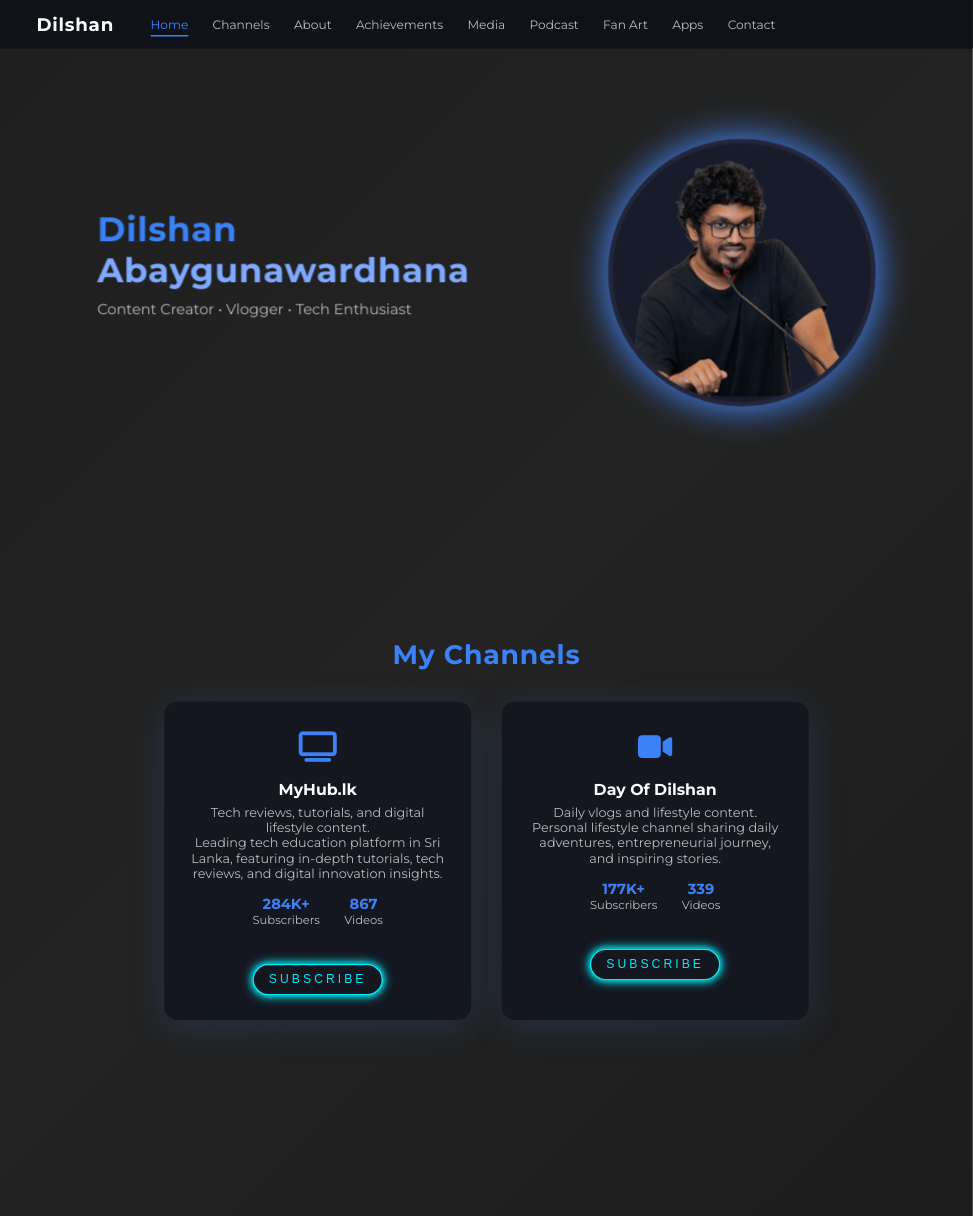
Repository: notyourclose/https-github.com-notyourclose-dilshan-abeygunawardana5
Page: index.html
These files come from the project's save history. The page is drawn as it stood at one moment and after the next save; the edit follows.
The browser window is 1280 px wide. The pictures show the whole page, at 76% of full size.

Above is the page before, as saved 2025-05-14 15:26:47.

### index.html
<!DOCTYPE html>
<html lang="en">
<head>
    <meta charset="UTF-8">
    <meta name="viewport" content="width=device-width, initial-scale=1.0">
    <title>Dilshan Abeygunawardana | Portfolio</title>
    <link href="https://fonts.googleapis.com/css2?family=Montserrat:wght@700;400&display=swap" rel="stylesheet">
    <style>
        html {
            scroll-behavior: smooth;
        }
        body {
            font-family: 'Montserrat', Arial, sans-serif;
            margin: 0;
            padding: 0;
            min-height: 100vh;
            color: #fff;
            /* Restore animated gradient background */
            background: linear-gradient(-45deg, #111111, #232323, #181818, #222222);
            background-size: 400% 400%;
            animation: gradientBG 12s ease-in-out infinite;
        }
        @keyframes gradientBG {
            0% {background-position: 0% 50%;}
            50% {background-position: 100% 50%;}
            100% {background-position: 0% 50%;}
        }
        .navbar {
            width: 100%;
            background: rgba(17,19,26,0.98);
            display: flex;
            align-items: center;
            padding: 0 48px;
            height: 64px;
            box-sizing: border-box;
            position: fixed;
            top: 0;
            left: 0;
            z-index: 100;
        }
        .navbar .logo {
            font-weight: 700;
            font-size: 1.5rem;
            color: #fff;
            margin-right: 48px;
            letter-spacing: 1px;
        }
        .navbar nav {
            display: flex;
            gap: 32px;
        }
        .navbar nav a {
            color: #bbb;
            text-decoration: none;
            font-size: 1rem;
            font-weight: 500;
            transition: color 0.2s;
            position: relative;
        }
        .navbar nav a.active,
        .navbar nav a:hover {
            color: #3b82f6;
        }
        .navbar nav a.active::after {
            content: '';
            display: block;
            width: 100%;
            height: 2px;
            background: #3b82f6;
            border-radius: 2px;
            position: absolute;
            bottom: -6px;
            left: 0;
        }
        .main-section {
            display: flex;
            align-items: center;
            justify-content: space-between;
            min-height: 100vh;
            padding: 0 10vw;
            box-sizing: border-box;
            position: relative;
            z-index: 1;
        }
        .left-content {
            flex: 1;
            display: flex;
            flex-direction: column;
            justify-content: center;
            z-index: 2;
            animation: fadeInLeft 1.2s cubic-bezier(.77,0,.18,1) 0.2s both;
        }
        .main-title {
            font-size: 2.8rem;
            font-weight: 700;
            margin: 0 0 12px 0;
            color: #3b82f6;
            letter-spacing: 1px;
            opacity: 0;
            animation: fadeInTitle 1.5s 0.5s forwards;
        }
        .main-title span {
            display: block;
            color: #7faaff;
        }
        .roles {
            font-size: 1.2rem;
            color: #bbb;
            margin-bottom: 24px;
            font-weight: 400;
            min-height: 28px;
            white-space: pre;
        }
        .right-content {
            flex: 1;
            display: flex;
            justify-content: flex-end;
            align-items: center;
            z-index: 2;
            animation: fadeInRight 1.2s cubic-bezier(.77,0,.18,1) 0.4s both;
        }
        .profile-img {
            width: 340px;
            height: 340px;
            object-fit: cover;
            border-radius: 50%;
            background: #181c2a;
            border: 6px solid #23263a;
            box-shadow: 0 0 40px 0 #3b82f6, 0 8px 40px 0 rgba(59,130,246,0.12);
            animation: float 3s ease-in-out infinite, glow 2.5s ease-in-out infinite alternate;
        }
        @keyframes fadeInLeft {
            from { opacity: 0; transform: translateX(-60px); }
            to { opacity: 1; transform: translateX(0); }
        }
        @keyframes fadeInRight {
            from { opacity: 0; transform: translateX(60px); }
            to { opacity: 1; transform: translateX(0); }
        }
        @keyframes fadeInTitle {
            from { opacity: 0; transform: translateY(-30px); }
            to { opacity: 1; transform: translateY(0); }
        }
        @keyframes float {
            0%, 100% { transform: translateY(0); }
            50% { transform: translateY(-18px); }
        }
        @keyframes glow {
            0% { box-shadow: 0 0 40px 0 #3b82f6, 0 8px 40px 0 rgba(59,130,246,0.12); }
            100% { box-shadow: 0 0 80px 10px #7faaff, 0 8px 40px 0 rgba(59,130,246,0.12); }
        }
        /* Channels Section */
        .channels-section {
            display: flex;
            flex-direction: column;
            align-items: center;
            justify-content: flex-start;
            min-height: 100vh;
            padding: 120px 0 40px 0;
        }
        .channels-title {
            font-size: 2.2rem;
            font-weight: 700;
            color: #3b82f6;
            margin-bottom: 40px;
            letter-spacing: 1px;
            opacity: 0;
            transform: translateY(40px);
            transition: opacity 0.8s, transform 0.8s;
        }
        .channels-title.visible {
            opacity: 1;
            transform: translateY(0);
        }
        .channels-cards {
            display: flex;
            gap: 40px;
            flex-wrap: wrap;
            justify-content: center;
        }
        .channel-card {
            background: rgba(20, 22, 32, 0.98);
            border-radius: 18px;
            box-shadow: 0 4px 32px 0 rgba(59,130,246,0.10);
            padding: 36px 32px 32px 32px;
            width: 340px;
            display: flex;
            flex-direction: column;
            align-items: center;
            transition: transform 0.4s, box-shadow 0.4s, opacity 0.8s;
            position: relative;
            opacity: 0;
            transform: translateY(60px);
            border: none;
            background-clip: padding-box;
        }
        .channel-card.visible {
            opacity: 1;
            transform: translateY(0);
            box-shadow: 0 8px 48px 0 rgba(59,130,246,0.18);
        }
        .channel-card::before {
            display: none;
        }
        .channel-card > * { position: relative; z-index: 1; }
        .channel-card.clicked {
            box-shadow: 0 8px 48px 0 rgba(59,130,246,0.18);
            transform: scale(1.03);
            transition: transform 0.2s cubic-bezier(.77,0,.18,1), box-shadow 0.2s cubic-bezier(.77,0,.18,1);
        }
        .channel-icon {
            font-size: 2.5rem;
            margin-bottom: 18px;
            color: #3b82f6;
        }
        .channel-title {
            font-size: 1.3rem;
            font-weight: 700;
            margin-bottom: 8px;
            color: #fff;
        }
        .channel-desc {
            font-size: 1.05rem;
            color: #bbb;
            margin-bottom: 18px;
            text-align: center;
        }
        .channel-stats {
            display: flex;
            gap: 32px;
            margin-bottom: 8px;
        }
        .stat {
            display: flex;
            flex-direction: column;
            align-items: center;
        }
        .stat-value {
            font-size: 1.2rem;
            font-weight: 700;
            color: #3b82f6;
        }
        .stat-label {
            font-size: 0.95rem;
            color: #bbb;
        }
        .subscribe-btn, .neon-btn, button {
            position: relative;
            display: inline-block;
            padding: 10px 20px;
            color: #03e9f4;
            font-size: 16px;
            text-decoration: none;
            text-transform: uppercase;
            overflow: hidden;
            transition: 0.5s;
            margin-top: 40px;
            letter-spacing: 4px;
            background: transparent;
            border: 2px solid #03e9f4;
            border-radius: 22px;
            box-shadow: 0 0 8px #03e9f4, 0 0 16px #03e9f4;
            z-index: 1;
        }
        .subscribe-btn:hover, .neon-btn:hover, button:hover {
            background: #03e9f4;
            color: #111b3f;
            box-shadow: 0 0 24px #03e9f4, 0 0 48px #03e9f4;
        }
        /* Neon input styles */
        .login-box .user-box input {
            width: 100%;
            padding: 10px 0;
            font-size: 16px;
            color: #fff;
            margin-bottom: 30px;
            border: none;
            border-bottom: 1px solid #fff;
            outline: none;
            background: transparent;
        }
        .login-box .user-box label {
            position: absolute;
            top: 0;
            left: 0;
            padding: 10px 0;
            font-size: 16px;
            color: #fff;
            pointer-events: none;
            transition: 0.5s;
        }
        .login-box .user-box input:focus ~ label,
        .login-box .user-box input:valid ~ label {
            top: -20px;
            left: 0;
            color: #03e9f4;
            font-size: 12px;
        }
        @media (max-width: 900px) {
            .channels-cards {
                flex-direction: column;
                gap: 28px;
            }
            .channels-section {
                padding: 100px 0 24px 0;
            }
        }
        /* Popup Modal Styles */
        .popup-modal {
            display: none;
            position: fixed;
            top: 0; left: 0; right: 0; bottom: 0;
            background: rgba(0,0,0,0.65);
            z-index: 9999;
            align-items: center;
            justify-content: center;
            animation: fadeInBg 0.3s;
        }
        .popup-modal.active {
            display: flex;
        }
        @keyframes fadeInBg {
            from { opacity: 0; }
            to { opacity: 1; }
        }
        .popup-content {
            background: #181c2a;
            border-radius: 18px;
            box-shadow: 0 8px 48px 0 rgba(59,130,246,0.18);
            padding: 36px 32px 32px 32px;
            min-width: 320px;
            max-width: 90vw;
            color: #fff;
            position: relative;
            transform: scale(0.85);
            opacity: 0;
            animation: popupIn 0.35s cubic-bezier(.77,0,.18,1) forwards;
        }
        @keyframes popupIn {
            from { opacity: 0; transform: scale(0.85); }
            to { opacity: 1; transform: scale(1); }
        }
        .popup-close {
            position: absolute;
            top: 16px;
            right: 20px;
            font-size: 1.5rem;
            color: #03e9f4;
            background: none;
            border: none;
            cursor: pointer;
            z-index: 2;
            transition: color 0.2s;
        }
        .popup-close:hover {
            color: #fff;
        }
    </style>
    <!-- For icons -->
    <link rel="stylesheet" href="https://cdnjs.cloudflare.com/ajax/libs/font-awesome/6.4.2/css/all.min.css"/>
</head>
<body>
    <div class="navbar">
        <div class="logo">Dilshan</div>
        <nav>
            <a href="#home" class="active">Home</a>
            <a href="#channels-section">Channels</a>
            <a href="#">About</a>
            <a href="#">Achievements</a>
            <a href="#">Media</a>
            <a href="#">Podcast</a>
            <a href="#">Fan Art</a>
            <a href="#">Apps</a>
            <a href="#">Contact</a>
        </nav>
    </div>
    <div id="home" class="main-section">
        <div class="left-content">
            <div class="main-title">Dilshan <span>Abaygunawardhana</span></div>
            <div class="roles" id="roles"></div>
        </div>
        <div class="right-content">
            <img src="dilshanabeygunawardananetworth2.png" alt="Dilshan Abeygunawardana" class="profile-img">
        </div>
    </div>
    <div id="channels-section" class="channels-section">
        <div class="channels-title">My Channels</div>
        <div class="channels-cards">
            <div class="channel-card">
                <div class="channel-icon"><i class="fas fa-tv"></i></div>
                <div class="channel-title">MyHub.lk</div>
                <div class="channel-desc">Tech reviews, tutorials, and digital lifestyle content.<br>Leading tech education platform in Sri Lanka, featuring in-depth tutorials, tech reviews, and digital innovation insights.</div>
                <div class="channel-stats">
                    <div class="stat">
                        <div class="stat-value">284K+</div>
                        <div class="stat-label">Subscribers</div>
                    </div>
                    <div class="stat">
                        <div class="stat-value">867</div>
                        <div class="stat-label">Videos</div>
                    </div>
                </div>
                <button class="subscribe-btn" onclick="window.open('https://www.youtube.com/@myHubLK', '_blank')">Subscribe</button>
            </div>
            <div class="channel-card">
                <div class="channel-icon"><i class="fas fa-video"></i></div>
                <div class="channel-title">Day Of Dilshan</div>
                <div class="channel-desc">Daily vlogs and lifestyle content.<br>Personal lifestyle channel sharing daily adventures, entrepreneurial journey, and inspiring stories.</div>
                <div class="channel-stats">
                    <div class="stat">
                        <div class="stat-value">177K+</div>
                        <div class="stat-label">Subscribers</div>
                    </div>
                    <div class="stat">
                        <div class="stat-value">339</div>
                        <div class="stat-label">Videos</div>
                    </div>
                </div>
                <button class="subscribe-btn" onclick="window.open('https://www.youtube.com/results?search_query=Days+fo+Dilshan+', '_blank')">Subscribe</button>
            </div>
        </div>
    </div>
    <!-- Popup HTML -->
    <div id="popup-modal" class="popup-modal">
        <div class="popup-content" id="popup-content">
            <button class="popup-close" id="popup-close">&times;</button>
            <div id="popup-details"></div>
        </div>
    </div>
    <script>
        // Typewriter effect for roles
        const rolesText = 'Content Creator • Vlogger • Tech Enthusiast';
        const rolesElem = document.getElementById('roles');
        let i = 0;
        function typeWriter() {
            if (i <= rolesText.length) {
                rolesElem.textContent = rolesText.substring(0, i);
                i++;
                setTimeout(typeWriter, 40);
            }
        }
        typeWriter();

        let channelsRevealed = false;
        function revealOnScroll() {
            const title = document.querySelector('.channels-title');
            const cards = document.querySelectorAll('.channel-card');
            const trigger = window.innerHeight * 0.85;
            if (title.getBoundingClientRect().top < trigger) {
                title.classList.add('visible');
                channelsRevealed = true;
            }
            cards.forEach(card => {
                if (card.getBoundingClientRect().top < window.innerHeight * 0.92) {
                    card.classList.add('visible');
                }
            });
        }
        window.addEventListener('scroll', revealOnScroll);
        window.addEventListener('load', revealOnScroll);

        // Add click effect to channel cards only after section is revealed
        const channelCards = document.querySelectorAll('.channel-card');
        channelCards.forEach(card => {
            card.addEventListener('click', () => {
                if (channelsRevealed) {
                    card.classList.add('clicked');
                    setTimeout(() => card.classList.remove('clicked'), 250);
                }
            });
        });

        // Popup modal logic
        const popupModal = document.getElementById('popup-modal');
        const popupContent = document.getElementById('popup-content');
        const popupDetails = document.getElementById('popup-details');
        const popupClose = document.getElementById('popup-close');

        const channelDetails = [
            {
                title: 'MyHub.lk',
                icon: '<i class="fas fa-tv"></i>',
                desc: 'Tech reviews, tutorials, and digital lifestyle content.<br>Leading tech education platform in Sri Lanka, featuring in-depth tutorials, tech reviews, and digital innovation insights.',
                stats: '<b>284K+</b> Subscribers<br><b>867</b> Videos',
                extra: 'Follow for the latest in tech and digital innovation!'
            },
            {
                title: 'Day Of Dilshan',
                icon: '<i class="fas fa-video"></i>',
                desc: 'Daily vlogs and lifestyle content.<br>Personal lifestyle channel sharing daily adventures, entrepreneurial journey, and inspiring stories.',
                stats: '<b>177K+</b> Subscribers<br><b>339</b> Videos',
                extra: 'Join the journey and get inspired every day!'
            }
        ];

        channelCards.forEach((card, idx) => {
            card.addEventListener('click', () => {
                if (channelsRevealed) {
                    popupDetails.innerHTML = `
                        <div style="font-size:2.2rem;color:#03e9f4;text-align:center;">${channelDetails[idx].icon}</div>
                        <h2 style="margin:12px 0 8px 0;text-align:center;">${channelDetails[idx].title}</h2>
                        <div style="color:#bbb;text-align:center;margin-bottom:12px;">${channelDetails[idx].desc}</div>
                        <div style="color:#03e9f4;text-align:center;margin-bottom:16px;">${channelDetails[idx].stats}</div>
                        <div style="text-align:center;">${channelDetails[idx].extra}</div>
                    `;
                    popupModal.classList.add('active');
                }
            });
        });

        popupClose.onclick = () => popupModal.classList.remove('active');
        popupModal.onclick = e => {
            if (e.target === popupModal) popupModal.classList.remove('active');
        };
    </script>
</body>
</html>

After the next save:
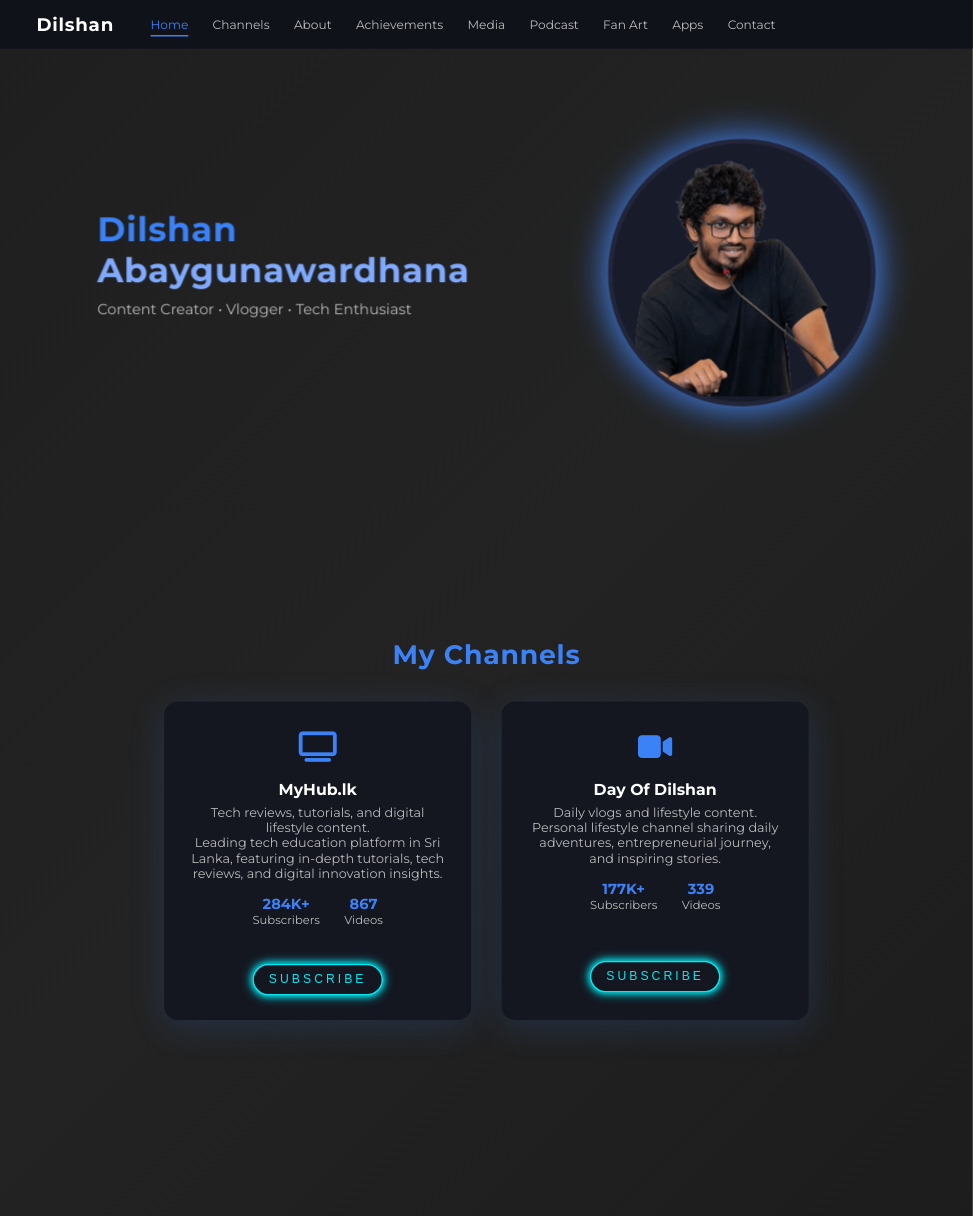
Saved 8 min 6 s later.
--- a/index.html
+++ b/index.html
@@ -416,7 +416,7 @@
                         <div class="stat-label">Videos</div>
                     </div>
                 </div>
-                <button class="subscribe-btn" onclick="window.open('https://www.youtube.com/results?search_query=Days+fo+Dilshan+', '_blank')">Subscribe</button>
+                <button class="subscribe-btn" onclick="window.open('https://www.youtube.com/results?search_query=Days+fo+Dilshan+', '_blank')" style="margin-top: 56px;">Subscribe</button>
             </div>
         </div>
     </div>
